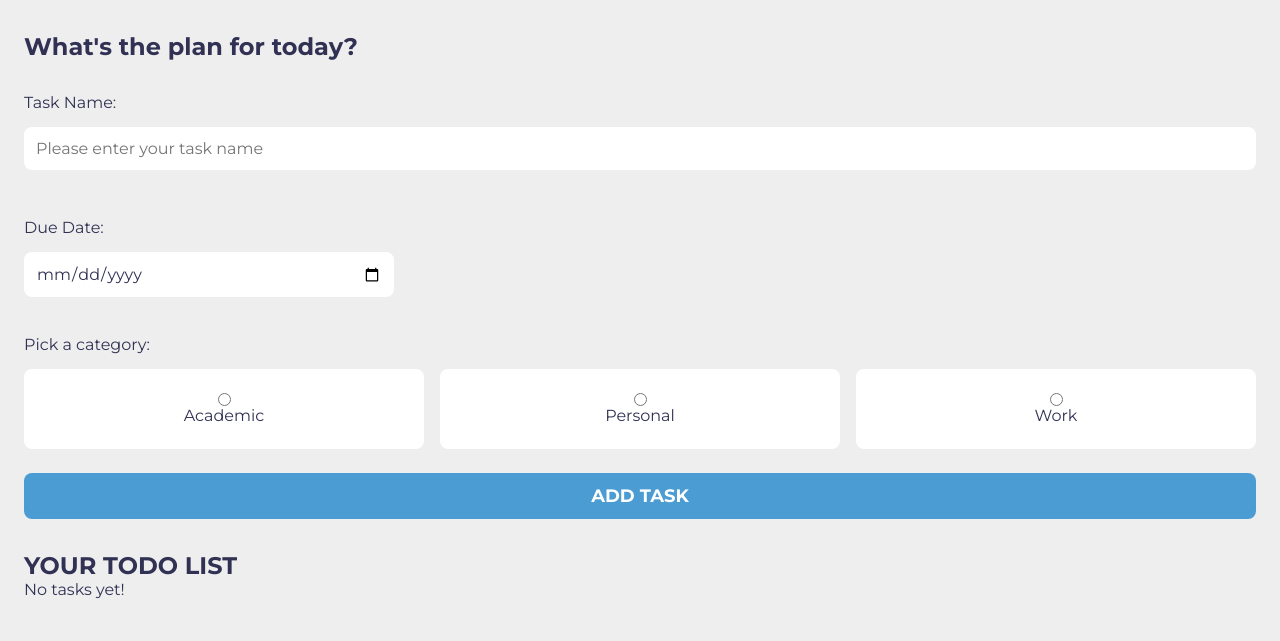
Repository: comp426-2023-spring/a99-SnowPile
Page: http://localhost/
These files come from the project's save history. The page is drawn as it stood at one moment and after the next save; the edit follows.
The browser window is 1280 px wide. The pictures show the whole page.
Some web fonts or font styles are not loaded; a fallback is used. The page is served by the project's Node server (app.js).

Above is the page before, as saved 2023-04-15 22:04:34.

### frontend/views/index.ejs
<!DOCTYPE html>
<html>
  <head>
    <title>Todo List</title>
    <!-- CSS import -->
    <link rel="stylesheet" type="text/css" href="/style.css"/>

    <!-- Set font -->
    <link rel="preconnect" href="https://fonts.googleapis.com">
    <link rel="preconnect" href="https://fonts.gstatic.com" crossorigin>
    <link href="https://fonts.googleapis.com/css2?family=Fira+Sans:ital,wght@0,400;0,700;0,900;1,400&family=Montserrat:ital,wght@0,400;0,700;0,900;1,400&display=swap" rel="stylesheet">
  </head>
  <body>
    <!-- Greeting -->
    <section class="greeting">
      <h2>What's the plan for today?</h2>
    </section>


    <!-- New Todo -->
    <section class="create-todo">
      <form action="/addTask" method="POST">

        <label for="taskName">Task Name:</label>
        <input type="text" placeholder="Please enter your task name" id="taskName" name="taskName" required><br><br>

        <label for="dueDate">Due Date:</label>
        <input type="date" id="dueDate" name="dueDate" required><br><br>

        <label for="category">Pick a category:</label>

        <div class="category">
					<label>
						<input type="radio" name="category" id="category1" value="Academic" />
						<div>Academic</div>
					</label>
					<label>
						<input type="radio" name="category" id="category2" value="Personal" />
						<div>Personal</div>
					</label>
          <label>
						<input type="radio" name="category" id="category3" value="Work" />
						<div>Work</div>
					</label>
				</div>

        <input type="submit" value="Add Task">

      </form>
    </section>
    <!-- Display todo list -->
    <section class="todo-list">
      <h2>YOUR TODO LIST</h2>
      <% if (tasks.length === 0) { %>
        <p>No tasks yet!</p>
      <% } else { %>
        <table>
          <tr>
            <th>Task Name</th>
            <th>Due Date</th>
            <th>Category</th>
            <th>Edit</th>
          </tr>
          <% for (let i = 0; i < tasks.length; i++) { %>
            <tr>
              <td><%= tasks[i].name %></td>
              <td><%= tasks[i].due %></td>
              <td><%= tasks[i].category %></td>
              <td>
                <form action="/editTask/<%= i %>" method="POST">
                  <input type="text" name="taskName" value="<%= tasks[i].name %>" required>
                  <input type="date" name="dueDate" value="<%= tasks[i].due %>" required>
                  <input type="submit" value="Edit">
                </form>
              </td>
            </tr>
          <% } %>
        </table>
      <% } %>
    </section>
  </body>
</html>

### frontend/app.js
const express = require('express');
const bodyParser = require('body-parser');
const app = express();
const port = 3000;

// set up body-parser middleware
app.use(bodyParser.urlencoded({ extended: false }));

// set up view engine
app.set('view engine', 'ejs');

// set up static folder
app.use(express.static('public'));

// initialize tasks array
let tasks = [];

// render index page with tasks array
app.get('/', (req, res) => {
  res.render('index', { tasks: tasks });
});

// create new task and add to tasks array
app.post('/addTask', (req, res) => {
  const taskName = req.body.taskName;
  const dueDate = req.body.dueDate;
  const category = req.body.category;

  const newTask = {
    name: taskName,
    due: dueDate,
    category: category,
  };

  tasks.push(newTask);
  res.redirect('/');
});

// edit existing task
app.post('/editTask/:id', (req, res) => {
  const id = req.params.id;
  const taskName = req.body.taskName;
  const dueDate = req.body.dueDate;

  tasks[id].name = taskName;
  tasks[id].due = dueDate;

  res.redirect('/');
});

// start server
app.listen(port, () => {
  console.log(`App listening at http://localhost:${port}`);
});

### frontend/public/style.css
* {
	margin: 0;
	padding: 0;
	box-sizing: border-box;
	font-family: 'montserrat', sans-serif;
}

body {
	background: #EEE;
	color: #313154;
	/* margin-left: 25%; */

}
section {
	margin-top: 2rem;
	margin-bottom: 2rem;
	padding-left: 1.5rem;
	padding-right: 1.5rem;
}

h2{
    color: #313154;
}


.create-todo input[type="text"] {
	display: block;
	width: 100%;
	font-size: 1rem;
	padding: 0.75rem 0.75rem;
	color: #313154;
	background-color: #FFF;
	border-radius: 0.5rem;
	box-shadow: none;
	margin-bottom: 10px;
	margin-top: 15px;
	border: none;
}
.create-todo input[type="date"] {
	display: block;
	width: 30%;
	font-size: 1rem;
	border-radius: 0.5rem;
	margin-top: 15px;
	color: #313154;
	background-color: #FFF;
	padding: 0.75rem 0.75rem;
	border: none;
}

.create-todo input[type="submit"]{
	display: block;
	width: 100%;
	font-size: 1.125rem;
	padding: 0.75rem 0.75rem;
	color: #FFF;
	font-weight: 700;
	text-transform: uppercase;
	background-color: #4B9CD3;
	border: none;
	border-radius: 0.5rem;
	cursor: pointer;
	transition: 0.2s ease-out;
}

.create-todo .category {
	display: grid;
	grid-template-columns: repeat(3, 1fr);
	grid-gap: 1rem;
	margin-bottom: 1.5rem;
}
.create-todo .category label {
	margin-top: 15px;
	display: flex;
	flex-direction: column;
	align-items: center;
	justify-content: center;
	background-color: #FFF;
	padding: 1.5rem;
	box-shadow: var(--shadow);
	border-radius: 0.5rem;
	cursor: pointer;
}

.create-todo input[type="submit"]:hover {
	opacity: 0.75;
}

After the next save:
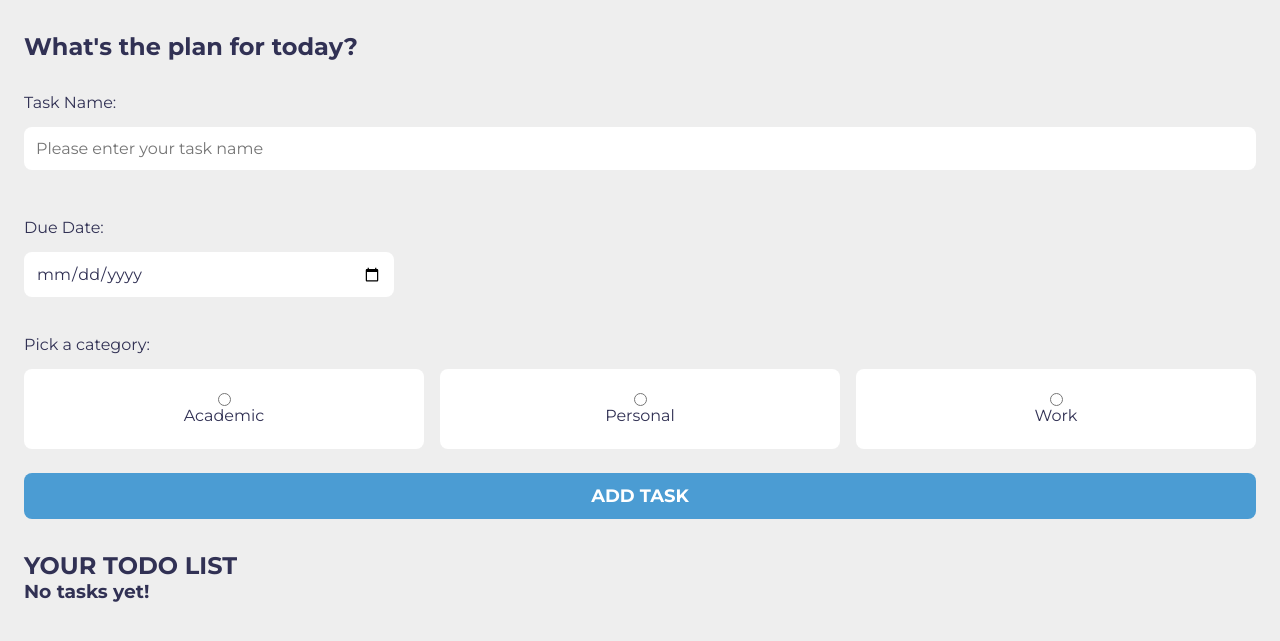
Saved 2 min 31 s later.
--- a/frontend/views/index.ejs
+++ b/frontend/views/index.ejs
@@ -52,7 +52,7 @@
     <section class="todo-list">
       <h2>YOUR TODO LIST</h2>
       <% if (tasks.length === 0) { %>
-        <p>No tasks yet!</p>
+        <h3>No tasks yet!</h3>
       <% } else { %>
         <table>
           <tr>

After the save that followed:
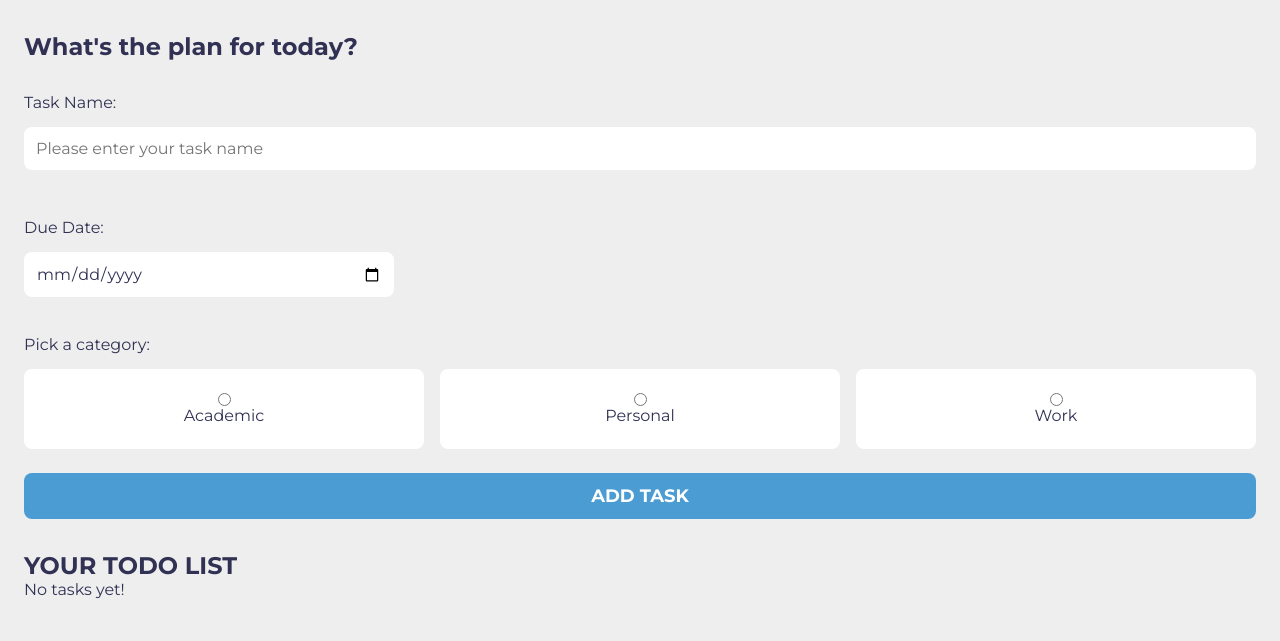
Saved 11 s later.
--- a/frontend/views/index.ejs
+++ b/frontend/views/index.ejs
@@ -52,7 +52,7 @@
     <section class="todo-list">
       <h2>YOUR TODO LIST</h2>
       <% if (tasks.length === 0) { %>
-        <h3>No tasks yet!</h3>
+        <p>No tasks yet!</p>
       <% } else { %>
         <table>
           <tr>
